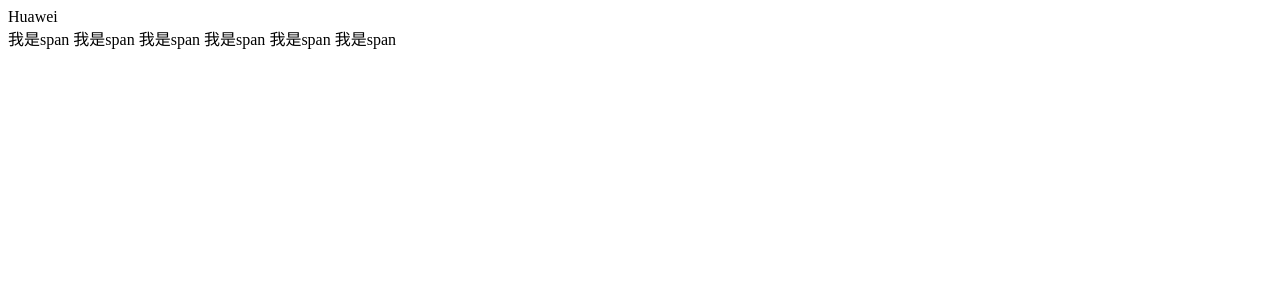
Repository: nanvon/front-end_byhuawei
Page: CSS层级.html
These files come from the project's save history. The page is drawn as it stood at one moment and after a run of saves; the edit follows.
The browser window is 1280 px wide. The pictures show the whole page.

Above is the page before, as saved 2020-12-10 20:08:56.

### CSS层级.html
<!DOCTYPE html>
<html lang="en">
<head>
    <meta charset="UTF-8">
    <meta name="viewport" content="width=device-width, initial-scale=1.0">
    <title>Document</title>
    <style>
        .pos1{
            position: static;
        }
    </style>
</head>
<body>
    <div>Huawei</div>
    <span>我是span</span>
    <span>我是span</span>
    <span>我是span</span>
    <span>我是span</span>
    <span>我是span</span>
    <span>我是span</span>
</body>
</html>

After the next 5 saves:
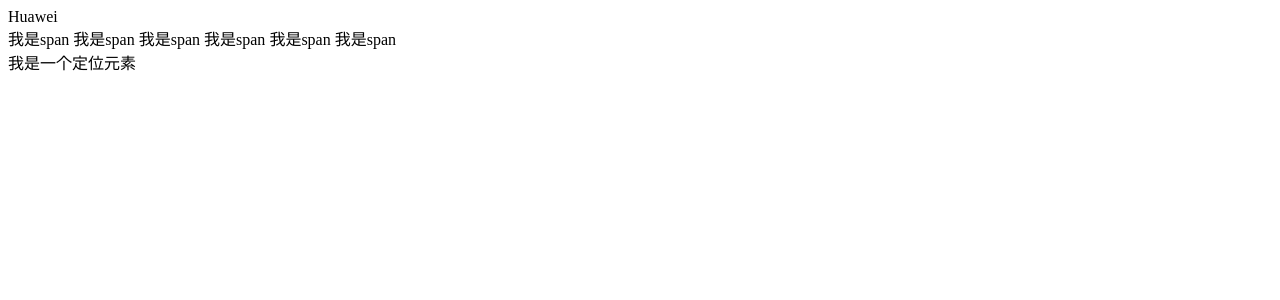
The 5 saves are shown as one change because they came seconds apart.
The last was saved 9 s later.
--- a/CSS层级.html
+++ b/CSS层级.html
@@ -18,5 +18,6 @@
     <span>我是span</span>
     <span>我是span</span>
     <span>我是span</span>
+    <div>我是一个定位元素</div>
 </body>
 </html>
